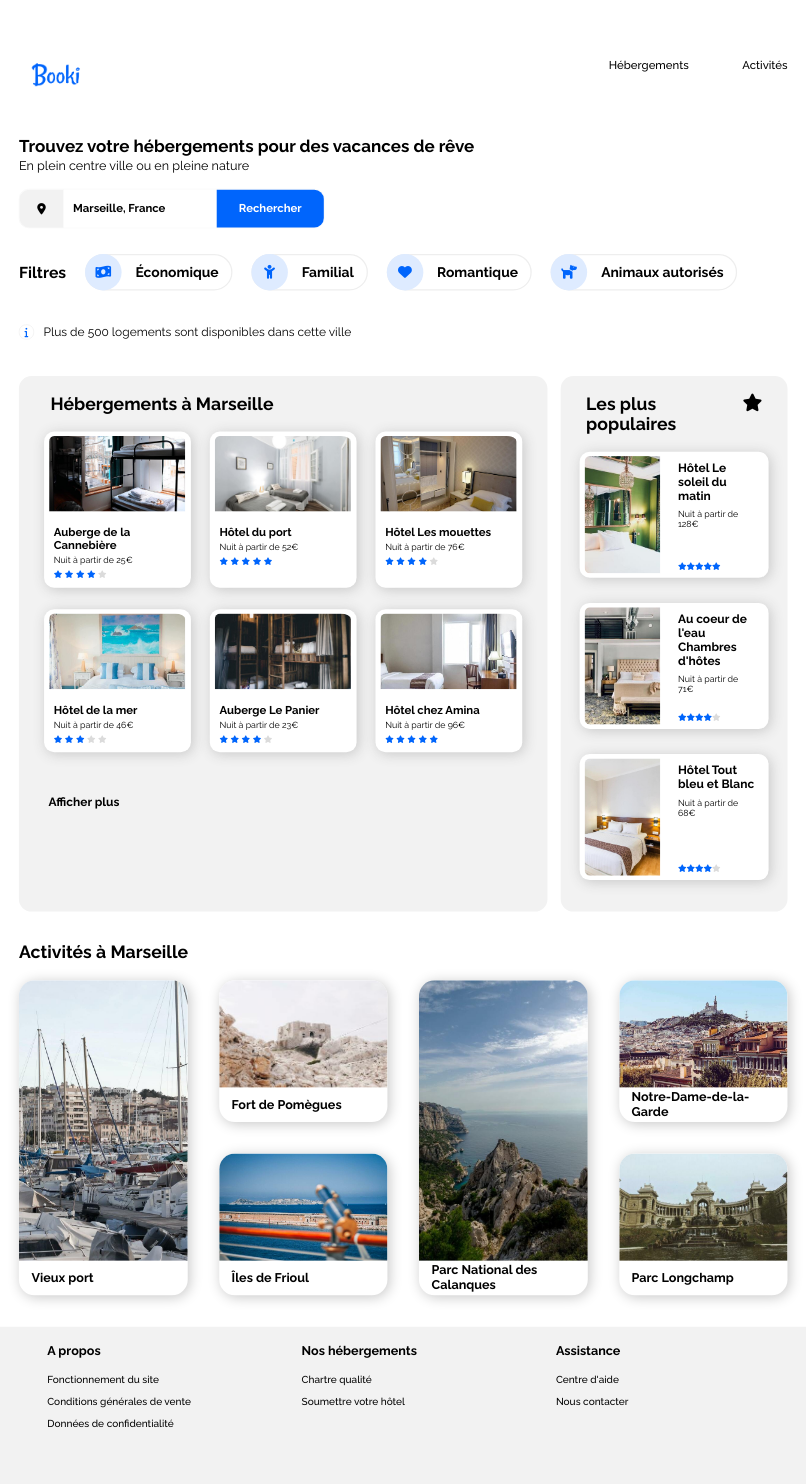
Repository: leandroBarbosaFR/booki
Page: index.html
These files come from the project's save history. The page is drawn as it stood at one moment and after the next save; the edit follows.
The browser window is 1280 px wide. The pictures show the whole page, at 63% of full size.

Above is the page before, as saved 2022-07-22 15:04:15.

After the next save:
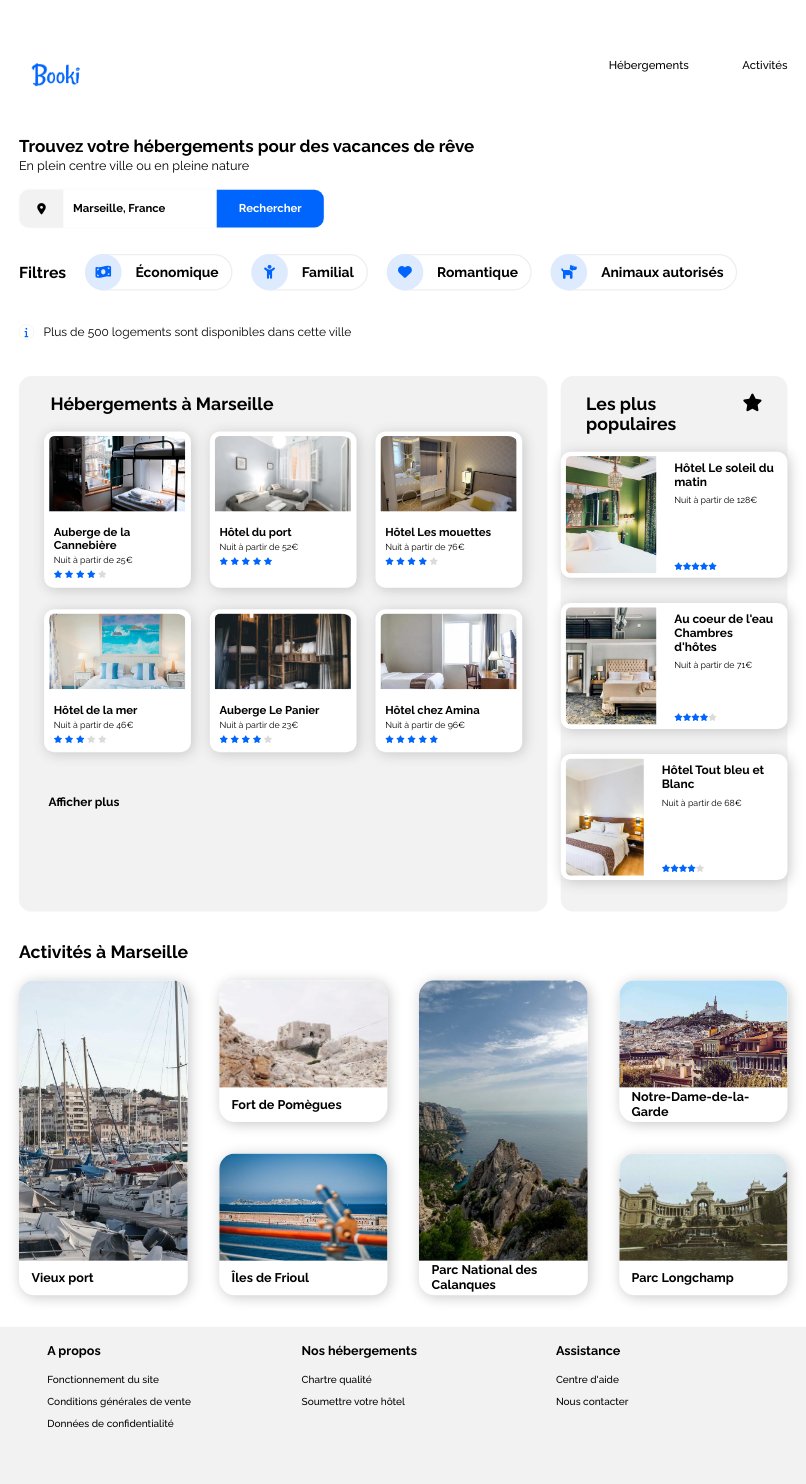
Saved 5 min 37 s later.
--- a/css/style.css
+++ b/css/style.css
@@ -584,6 +584,6 @@
       padding: 0 10px;
   }
   .columndeux {
-      padding: 0 30px;
-  }
-}
+      padding: 0 0px;
+  }
+}
